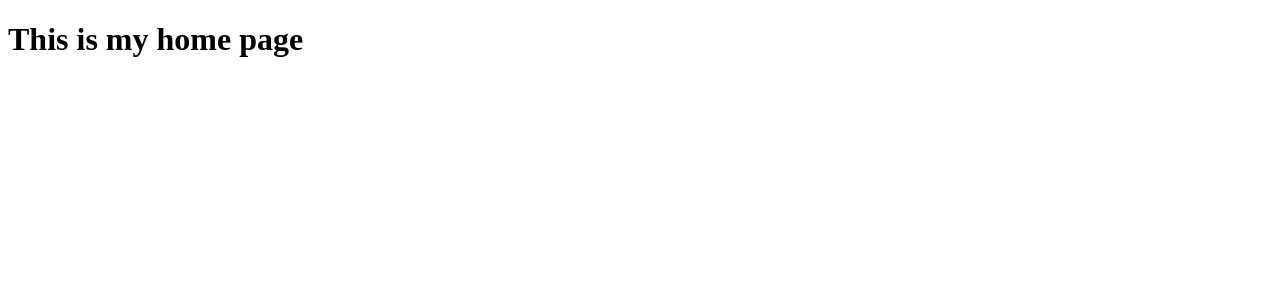
Repository: gautamsonam011/CMS
Page: http://localhost/home/
The author's editor kept a copy of each file at every save. The page is drawn from the files as they stood at one save, then again after the next save.
The browser window is 1280 px wide. The pictures show the whole page.
The page is served by the project's application, run on Django 5.2 (manage.py). Other server files are loaded and not shown.

Above is the page before, as saved 2025-09-06 11:35:44.

### templates/home.html
<!DOCTYPE html>
<html lang="en">
<head>
    <meta charset="UTF-8">
    <meta name="viewport" content="width=device-width, initial-scale=1.0">
    <title>Home Page</title>
</head>
<body>
    <h1>This is my home page</h1>
    <p></p>
</body>
</html>

### CMS/views.py
# Here write your logical code
# This is a business logic layer
from django.http import HttpResponse
from django.shortcuts import render

def client_request_response(request):
    return HttpResponse("<h1>Hello Django Project</h1>")

def request_add_two_numbers(request):
    return HttpResponse("<h1>Add two numbers and sum = 78 </h1>")

def request_message(request):
    return HttpResponse("<h1>'Message type content' refers to either the actual data or text within a message (the content of the message) or, in a technical context, the definition of the structure and type of data a message can hold, such as MIME message types, SAP message types, or message types in programming languages like Java. The specific meaning depends on whether you're talking about the message's substance or its programmatic definition and structure. </h1>")

def my_first_template(request):
    return render(request, 'firstfile.html')

def my_home_page(request):
    return render(request, 'home.html')

### CMS/urls.py

from django.contrib import admin
from django.urls import path
from . import views

urlpatterns = [
    path('admin/', admin.site.urls),
    path("client/", views.client_request_response),
    path("add/", views.request_add_two_numbers),
    path('message/', views.request_message),
    path('first/', views.my_first_template),
    path('home/', views.my_home_page),
]

After the next save:
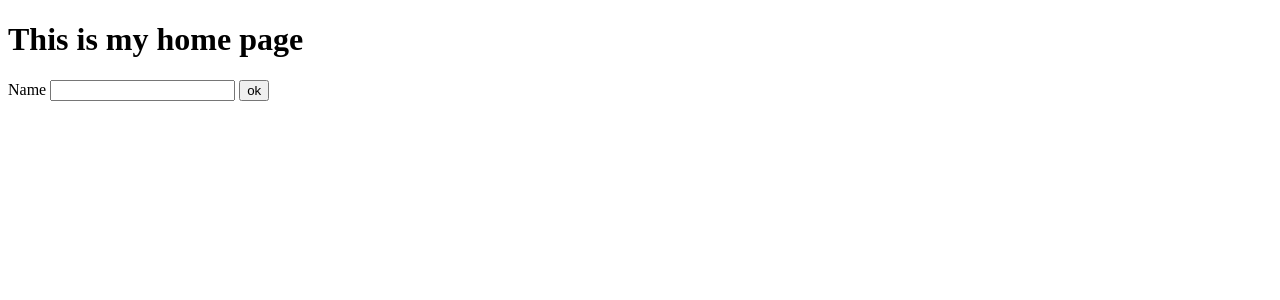
Saved 15 min 38 s later.
--- a/templates/home.html
+++ b/templates/home.html
@@ -7,6 +7,11 @@
 </head>
 <body>
     <h1>This is my home page</h1>
-    <p></p>
+    <form action="" method="get">
+        <label for="name" >Name</label>
+        <input id="name" name="name" type="text">
+        <input type="submit" value="ok">
+
+    </form>
 </body>
 </html>
